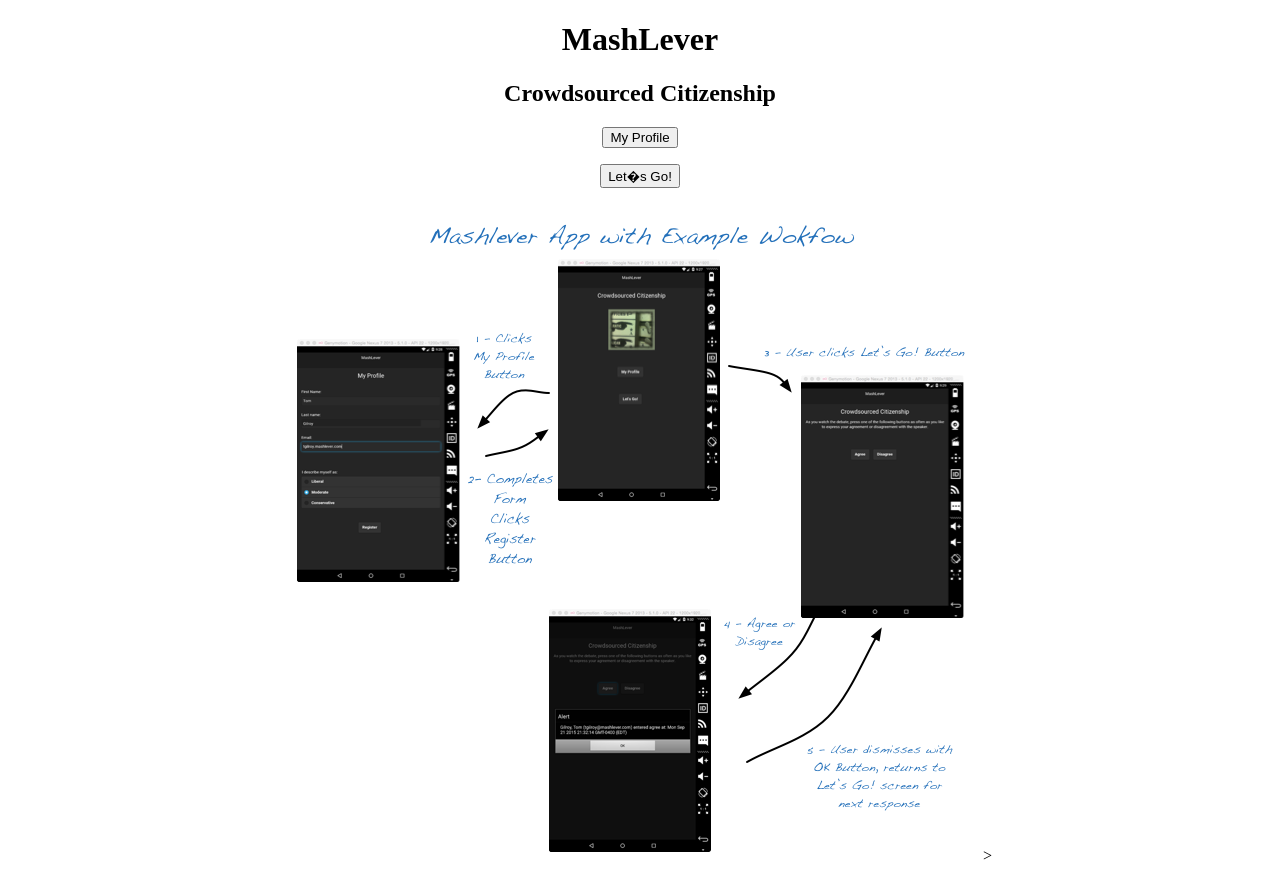
Repository: qtran3/itec4550
Page: MashleverWebpages/index.html
The author's editor kept a copy of each file at every save. The page is drawn from the files as they stood at one save, then again after the next save.
The browser window is 1280 px wide. The pictures show the whole page.

Above is the page before, as saved 2016-05-31 17:20:48.

After the next save:
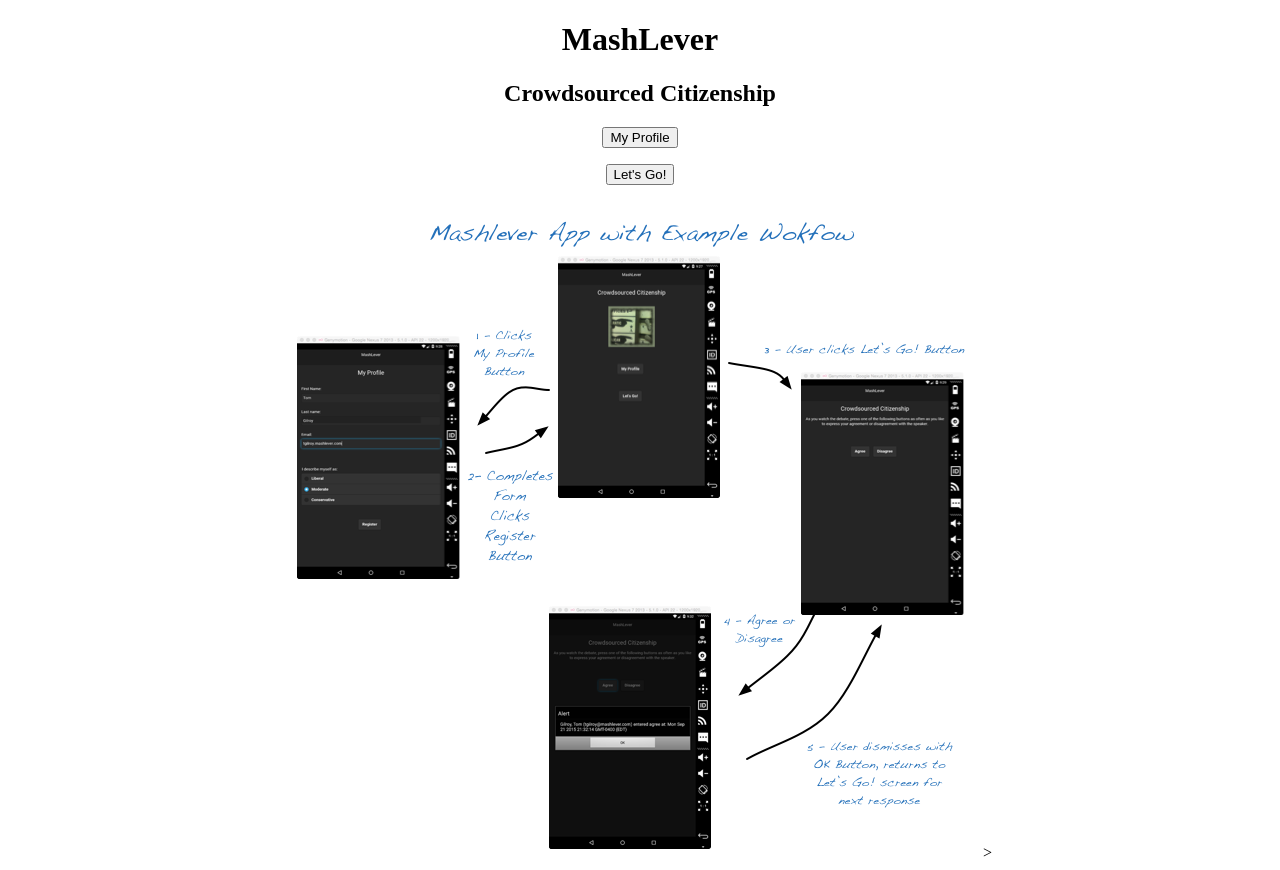
Saved 11 min 29 s later.
--- a/MashleverWebpages/index.html
+++ b/MashleverWebpages/index.html
@@ -9,7 +9,7 @@
 		<h1 id="indexHeader">MashLever</h1>
 		<h2 id="idexSubHeader"> Crowdsourced Citizenship</h2>
 		<p><button id="buttonProfile">My Profile</button></p>
-		<p><button id="buttonPoll">Let’s Go!</button></p>
+		<p><button id="buttonPoll">Let's Go!</button></p>
 		<img src="img/MashleverAppScreensAll.png"/>
 	</body>
 
